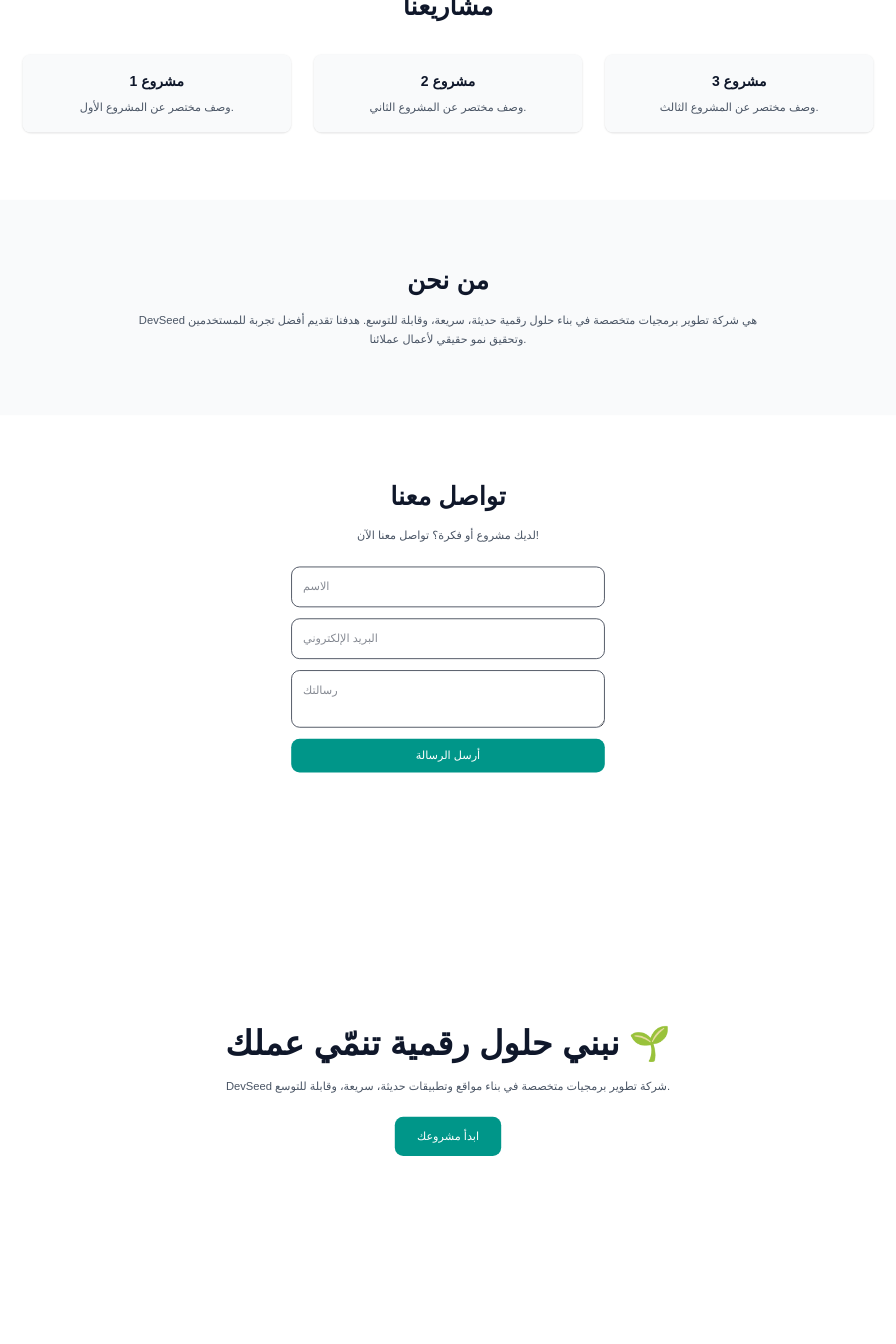
Repository: Ah-m-ed-Dev/devseed
Page: /
These files come from the project's save history. The page is drawn as it stood at one moment and after the next save; the edit follows.
The browser window is 1280 px wide. The pictures show the part of the page from y = 1218 to 3138 px (the page is 3138 px tall before and 2602 px after), at 70% of full size.
The project was rebuilt for these pictures with package versions that can differ from the ones it lists, and the page was loaded fresh each time. The framework's server and built-in components were replaced by stand-ins that run in the browser. Also part of the build but not shown: next.config.mjs.

Above is the page before, as saved 2026-01-14 14:56:42.

### app/layout.js
import "./globals.css";
import Navbar from "@/components/layout/navbar";
import Footer from "@/components/layout/footer";

export const metadata = {
  title: "DevSeed",
  description: "We build scalable digital products",
};

export default function RootLayout({ children }) {
  return (
    <html lang="ar">
      <body className="bg-white text-slate-900">
        <Navbar />
        {children}
        <Footer />
      </body>
    </html>
  );
}

### app/page.js
import Hero from "@/sections/hero";
import Services from "@/sections/services";
import Projects from "@/sections/projects";
import About from "@/sections/about";
import Contact from "@/sections/contact";

export default function Home() {
  return (
    <main className="scroll-smooth">
      <Hero />
      <Services />
      <Projects />
      <About />
      <Contact />
    </main>
  );
}

### app/globals.css
@import "tailwindcss";

/* ----- ألوان الموقع ----- */
:root {
  --background: #ffffff;      /* خلفية فاتحة */
  --foreground: #0f172a;      /* نص داكن */
  --primary: #0f766e;         /* أخضر داكن */
  --secondary: #5eead4;       /* أخضر فاتح */
  --font-sans: 'Cairo', sans-serif; /* الخط العربي */
}

/* دعم الوضع الداكن */
@media (prefers-color-scheme: dark) {
  :root {
    --background: #0f172a;    /* خلفية داكنة */
    --foreground: #ffffff;    /* نص فاتح */
    --primary: #5eead4;       /* أخضر فاتح للداكن */
  }
}

/* تطبيق الخط والألوان على الجسم */
body {
  background: var(--background);
  color: var(--foreground);
  font-family: var(--font-sans);
}

/* سكرول ناعم */
html {
  scroll-behavior: smooth;
}

### components/layout/navbar.js
export default function Navbar() {
  return (
    <header className="fixed top-0 w-full bg-white z-50 shadow-sm">
      <nav className="max-w-7xl mx-auto flex justify-between items-center px-8 py-4">
        <span className="text-2xl font-bold text-teal-600">
          DevSeed 🌱
        </span>

        <div className="flex gap-6 text-sm font-medium">
          <a href="#services">خدماتنا</a>
          <a href="#projects">مشاريعنا</a>
          <a href="#about">من نحن</a>
          <a href="#contact">تواصل معنا</a>
        </div>
      </nav>
    </header>
  );
}

### components/layout/footer.js
export default function Hero() {
  return (
    <section className="min-h-screen flex items-center justify-center px-8">
      <div className="text-center max-w-3xl">
        <h1 className="text-5xl font-bold mb-6">
          نبني حلول رقمية تنمّي عملك 🌱
        </h1>

        <p className="text-gray-600 mb-8">
          DevSeed شركة تطوير برمجيات متخصصة في بناء مواقع وتطبيقات حديثة،
          سريعة، وقابلة للتوسع.
        </p>

        <a
          href="#contact"
          className="inline-block bg-teal-600 text-white px-8 py-4 rounded-xl font-medium hover:bg-teal-700 transition"
        >
          ابدأ مشروعك
        </a>
      </div>
    </section>
  );
}

### sections/hero.js
export default function Hero() {
  return (
    <section className="min-h-screen flex items-center justify-center px-8">
      <div className="text-center max-w-3xl">
        <h1 className="text-5xl font-bold mb-6">
          نبني حلول رقمية تنمّي عملك 🌱
        </h1>

        <p className="text-gray-600 mb-8">
          DevSeed شركة تطوير برمجيات متخصصة في بناء مواقع وتطبيقات حديثة،
          سريعة، وقابلة للتوسع.
        </p>

        <a
          href="#contact"
          className="inline-block bg-teal-600 text-white px-8 py-4 rounded-xl font-medium hover:bg-teal-700 transition"
        >
          ابدأ مشروعك
        </a>
      </div>
    </section>
  );
}

### sections/services.js
export default function Services() {
  return (
    <section id="services" className="py-24 px-8 bg-gray-50">
      <div className="max-w-7xl mx-auto">
        <h2 className="text-4xl font-bold mb-12 text-center">
          خدماتنا
        </h2>

        <div className="grid md:grid-cols-3 gap-8">
          <div className="p-6 bg-white rounded-2xl shadow">
            <h3 className="text-xl font-semibold mb-3">تطوير المواقع</h3>
            <p className="text-gray-600">
              بناء مواقع حديثة باستخدام أحدث التقنيات.
            </p>
          </div>

          <div className="p-6 bg-white rounded-2xl shadow">
            <h3 className="text-xl font-semibold mb-3">تصميم واجهات</h3>
            <p className="text-gray-600">
              تصميم واجهات أنيقة وتجربة مستخدم ممتازة.
            </p>
          </div>

          <div className="p-6 bg-white rounded-2xl shadow">
            <h3 className="text-xl font-semibold mb-3">تطبيقات الويب</h3>
            <p className="text-gray-600">
              تطبيقات قابلة للتوسع وآمنة للأعمال.
            </p>
          </div>
        </div>
      </div>
    </section>
  );
}

### sections/projects.js
export default function Projects() {
  return (
    <section id="projects" className="py-24 px-8 bg-white">
      <div className="max-w-7xl mx-auto text-center">
        <h2 className="text-4xl font-bold mb-12">مشاريعنا</h2>
        <div className="grid md:grid-cols-3 gap-8">
          <div className="p-6 bg-gray-50 rounded-xl shadow">
            <h3 className="text-xl font-semibold mb-3">مشروع 1</h3>
            <p className="text-gray-600">وصف مختصر عن المشروع الأول.</p>
          </div>
          <div className="p-6 bg-gray-50 rounded-xl shadow">
            <h3 className="text-xl font-semibold mb-3">مشروع 2</h3>
            <p className="text-gray-600">وصف مختصر عن المشروع الثاني.</p>
          </div>
          <div className="p-6 bg-gray-50 rounded-xl shadow">
            <h3 className="text-xl font-semibold mb-3">مشروع 3</h3>
            <p className="text-gray-600">وصف مختصر عن المشروع الثالث.</p>
          </div>
        </div>
      </div>
    </section>
  );
}

### sections/about.js
export default function About() {
  return (
    <section id="about" className="py-24 px-8 bg-gray-50">
      <div className="max-w-4xl mx-auto text-center">
        <h2 className="text-4xl font-bold mb-6">من نحن</h2>
        <p className="text-gray-600 leading-relaxed">
          DevSeed هي شركة تطوير برمجيات متخصصة في بناء حلول رقمية حديثة،
          سريعة، وقابلة للتوسع. هدفنا تقديم أفضل تجربة للمستخدمين وتحقيق نمو
          حقيقي لأعمال عملائنا.
        </p>
      </div>
    </section>
  );
}

### sections/contact.js
export default function Contact() {
  return (
    <section id="contact" className="py-24 px-8 bg-white">
      <div className="max-w-4xl mx-auto text-center">
        <h2 className="text-4xl font-bold mb-6">تواصل معنا</h2>
        <p className="text-gray-600 mb-8">
          لديك مشروع أو فكرة؟ تواصل معنا الآن!
        </p>
        <form className="grid gap-4 max-w-md mx-auto">
          <input
            type="text"
            placeholder="الاسم"
            className="p-4 border rounded-xl focus:outline-none focus:ring-2 focus:ring-teal-600"
          />
          <input
            type="email"
            placeholder="البريد الإلكتروني"
            className="p-4 border rounded-xl focus:outline-none focus:ring-2 focus:ring-teal-600"
          />
          <textarea
            placeholder="رسالتك"
            className="p-4 border rounded-xl focus:outline-none focus:ring-2 focus:ring-teal-600"
          />
          <button
            type="submit"
            className="bg-teal-600 text-white px-6 py-3 rounded-xl font-medium hover:bg-teal-700 transition"
          >
            أرسل الرسالة
          </button>
        </form>
      </div>
    </section>
  );
}

After the next save:
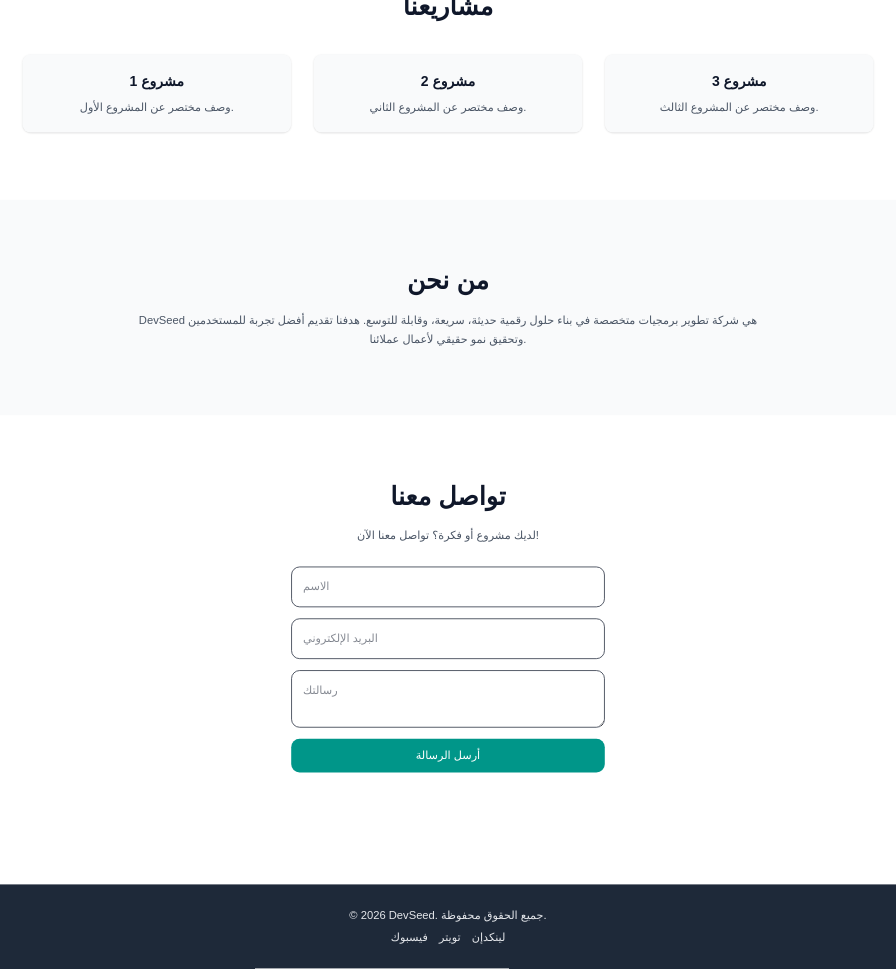
Saved 15 s later.
--- a/components/layout/footer.js
+++ b/components/layout/footer.js
@@ -1,23 +1,14 @@
-export default function Hero() {
+export default function Footer() {
   return (
-    <section className="min-h-screen flex items-center justify-center px-8">
-      <div className="text-center max-w-3xl">
-        <h1 className="text-5xl font-bold mb-6">
-          نبني حلول رقمية تنمّي عملك 🌱
-        </h1>
-
-        <p className="text-gray-600 mb-8">
-          DevSeed شركة تطوير برمجيات متخصصة في بناء مواقع وتطبيقات حديثة،
-          سريعة، وقابلة للتوسع.
-        </p>
-
-        <a
-          href="#contact"
-          className="inline-block bg-teal-600 text-white px-8 py-4 rounded-xl font-medium hover:bg-teal-700 transition"
-        >
-          ابدأ مشروعك
-        </a>
+    <footer className="bg-gray-800 text-gray-200 py-8 mt-16">
+      <div className="max-w-7xl mx-auto text-center">
+        <p>&copy; {new Date().getFullYear()} DevSeed. جميع الحقوق محفوظة.</p>
+        <div className="flex justify-center gap-4 mt-2">
+          <a href="#" className="hover:text-teal-400">فيسبوك</a>
+          <a href="#" className="hover:text-teal-400">تويتر</a>
+          <a href="#" className="hover:text-teal-400">لينكدإن</a>
+        </div>
       </div>
-    </section>
+    </footer>
   );
 }
